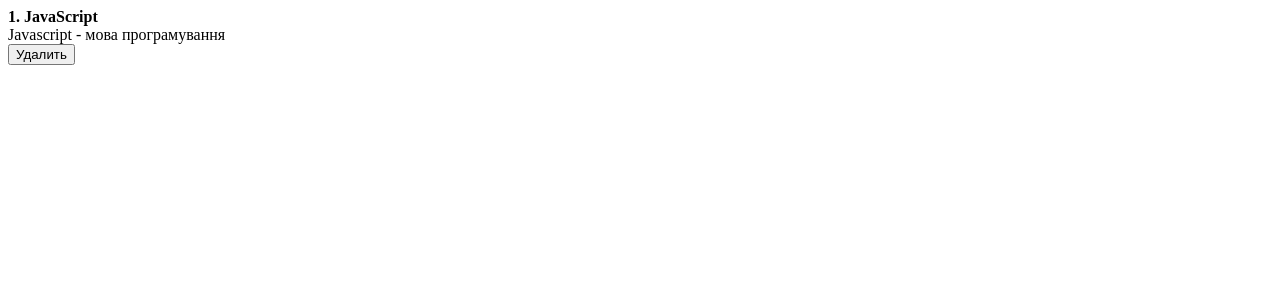
Repository: otvertka/ulb2_react
Page: / (app in jk_project/)
These files come from the project's save history. The page is drawn as it stood at one moment and after the next save; the edit follows.
The browser window is 1280 px wide. The pictures show the whole page.
The project was rebuilt for these pictures with package versions that can differ from the ones it lists, and the page was loaded fresh each time. Also part of the build but not shown: jk_project/src/component/Counter.jsx, jk_project/src/component/ClassCounter.jsx.

Above is the page before, as saved 2023-09-08 09:57:11.

After the next save:
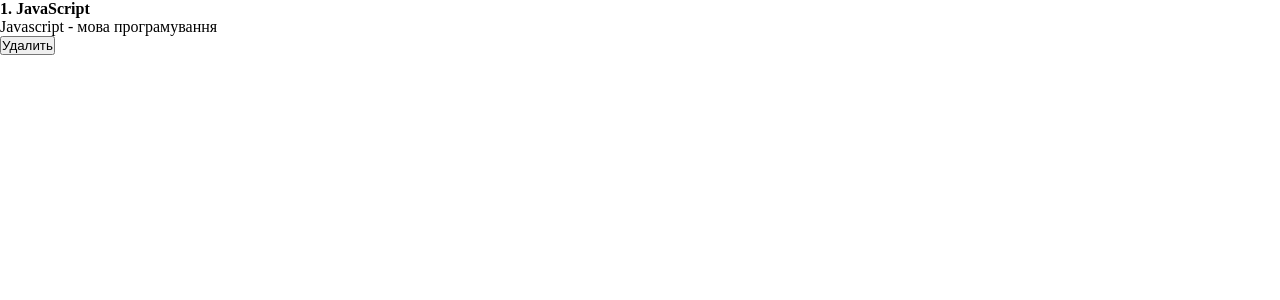
Saved 54 s later.
--- a/jk_project/src/App.js
+++ b/jk_project/src/App.js
@@ -1,6 +1,7 @@
 import React, { useState } from "react";
 import Counter from "./component/Counter";
 import ClassCounter from "./component/ClassCounter";
+import classes from "./styles/App.css";
 
 function App() {
   const [count, setCount] = useState(0);
